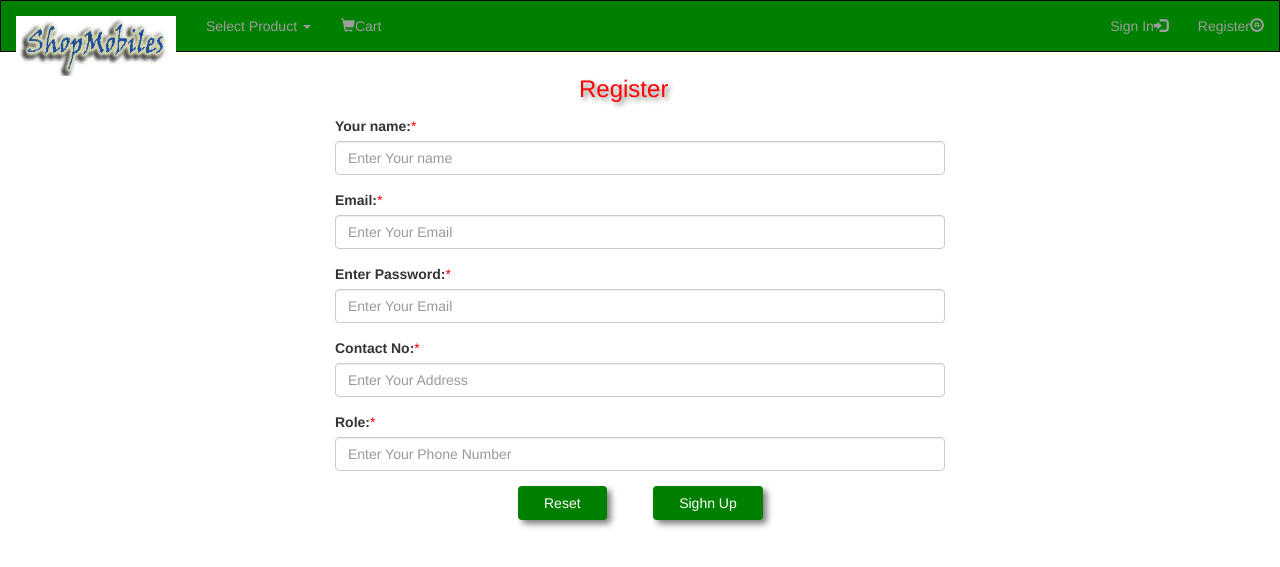
Repository: KoustabhBiswas/Final-Ecommerce-Project
Page: http://localhost/ecommerce1/WEB-INF/views/register.jsp
These files come from the project's save history. The page is drawn as it stood at one moment and after the next save; the edit follows.
The browser window is 1280 px wide. The pictures show the whole page.
Some web libraries are served in a nearby version. The page is served by Tomcat 9. Nobody is signed in. The template is opened directly, without the code that normally fills it, so the values that code supplies are empty.

Above is the page before, as saved 2017-09-17 12:06:27.

After the next save:
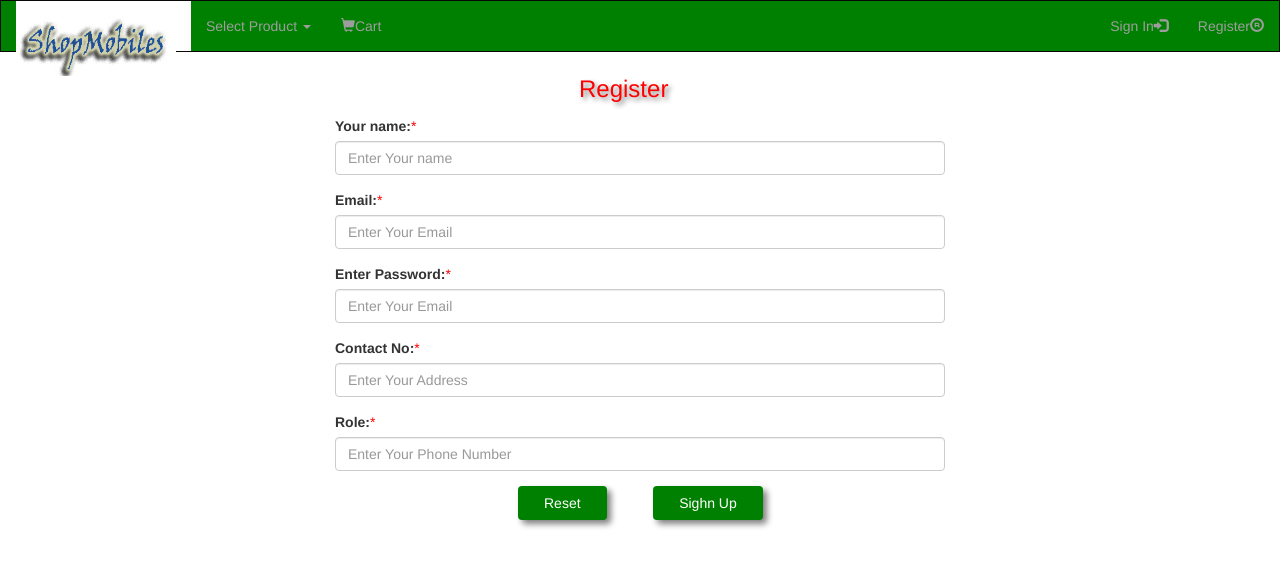
Saved 42 s later.
--- a/Final Ecommerce Project/Ecommerce_Project-master/project/ecommerce1/src/main/webapp/WEB-INF/views/shared/navbar.jsp
+++ b/Final Ecommerce Project/Ecommerce_Project-master/project/ecommerce1/src/main/webapp/WEB-INF/views/shared/navbar.jsp
@@ -14,7 +14,7 @@ nav {
 	<nav class="navbar navbar-inverse"
 		style="background-color: green; border-radius: 0px; color: white;">
 		<div class="container-fluid">
-			<div class="navbar-header">
+			<div class="navbar-header" style="background-color:white">
 				<a class="navbar-brand" href="home" ><img
 					src="<c:url value="/resources/images/shopmobiles4.jpg" />" height=60px width=160px style="margin-bottom:1%"></a>
 			</div>
